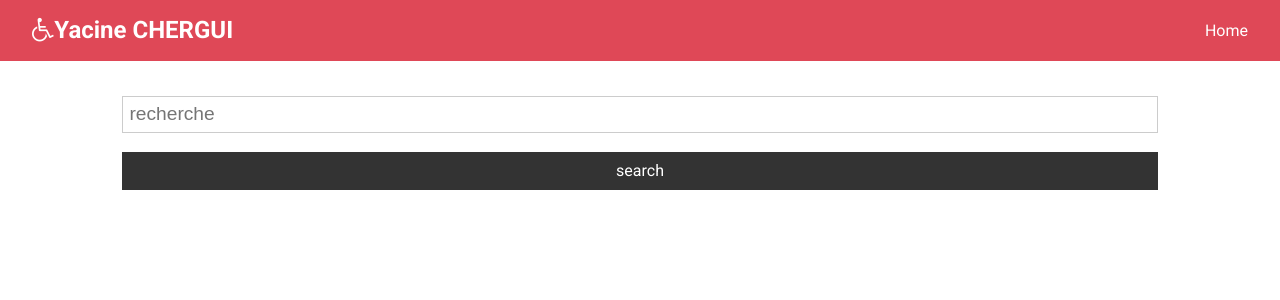
Repository: cherguiyacine/gitHubSearch
Page: /
The author's editor kept a copy of each file at every save. The page is drawn from the files as they stood at one save, then again after the next save.
The browser window is 1280 px wide. The pictures show the whole page.
The project was rebuilt for these pictures with package versions that can differ from the ones it lists, and the page was loaded fresh each time. Also part of the build but not shown: src/Component/Users/UserItem.js, src/Component/Layout/Spinner.js, src/Component/Layout/Alert.js, src/Authentification.js.

Above is the page before, as saved 2019-11-22 12:29:34.

After the next save:
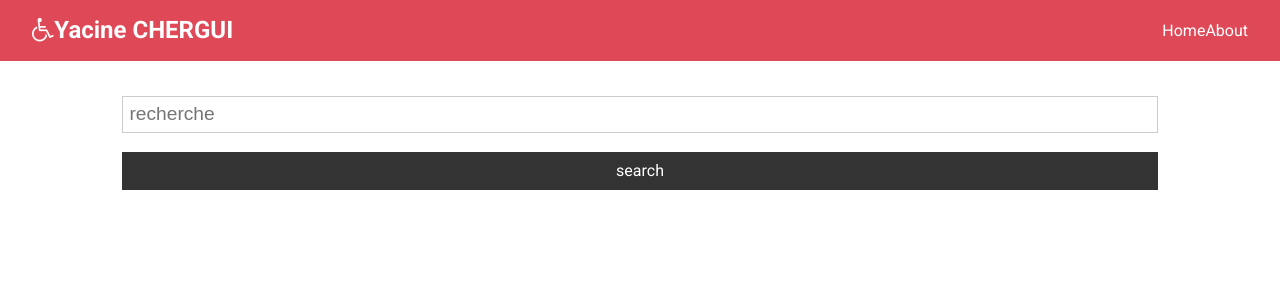
Saved 28 s later.
--- a/src/Component/Layout/Navbar.js
+++ b/src/Component/Layout/Navbar.js
@@ -10,6 +10,7 @@ const Navbar = props => {
       </h1>
       <ul>
         <li>Home</li>
+        <li>About</li>
       </ul>
     </nav>
   );
